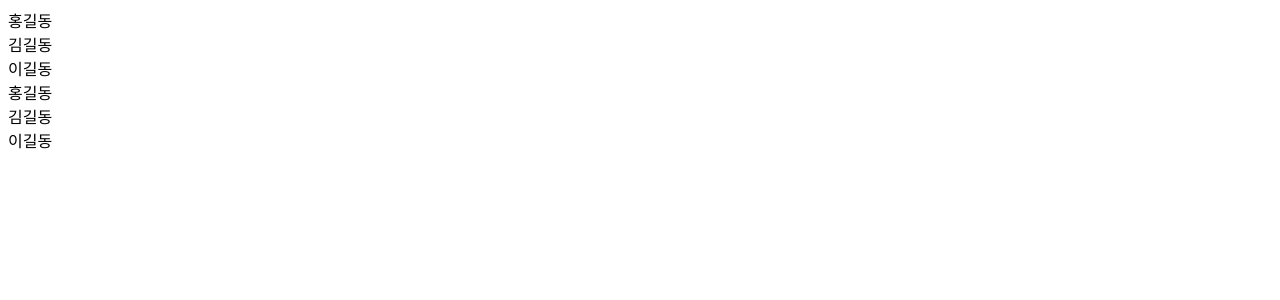
Repository: dron512/jspsogo
Page: http://localhost/ex0316/c.jsp
An editor plug-in stored every save of this project. The page is shown before and after the next save, followed by the edit.
The browser window is 1280 px wide. The pictures show the whole page.
The page is served by Tomcat 9.

Above is the page before, as saved 2022-03-16 05:59:37.

After the next save:
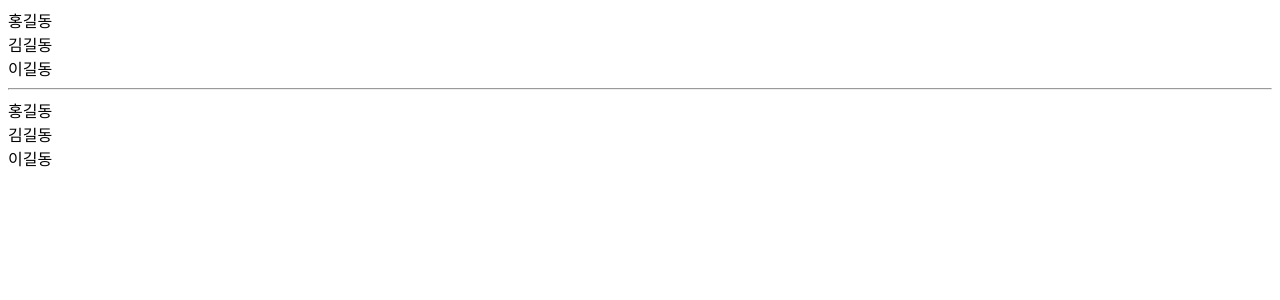
Saved 9 s later.
--- a/jsp_work2-1/ex0316/src/main/webapp/c.jsp
+++ b/jsp_work2-1/ex0316/src/main/webapp/c.jsp
@@ -16,6 +16,7 @@
 	for(int i =0; i< al.size() ; i++){
 		out.println(al.get(i)+"<br>");
 	}
+	out.println("<hr>");
 	for(String a : al){
 		out.println(a+"<br>");
 	}
